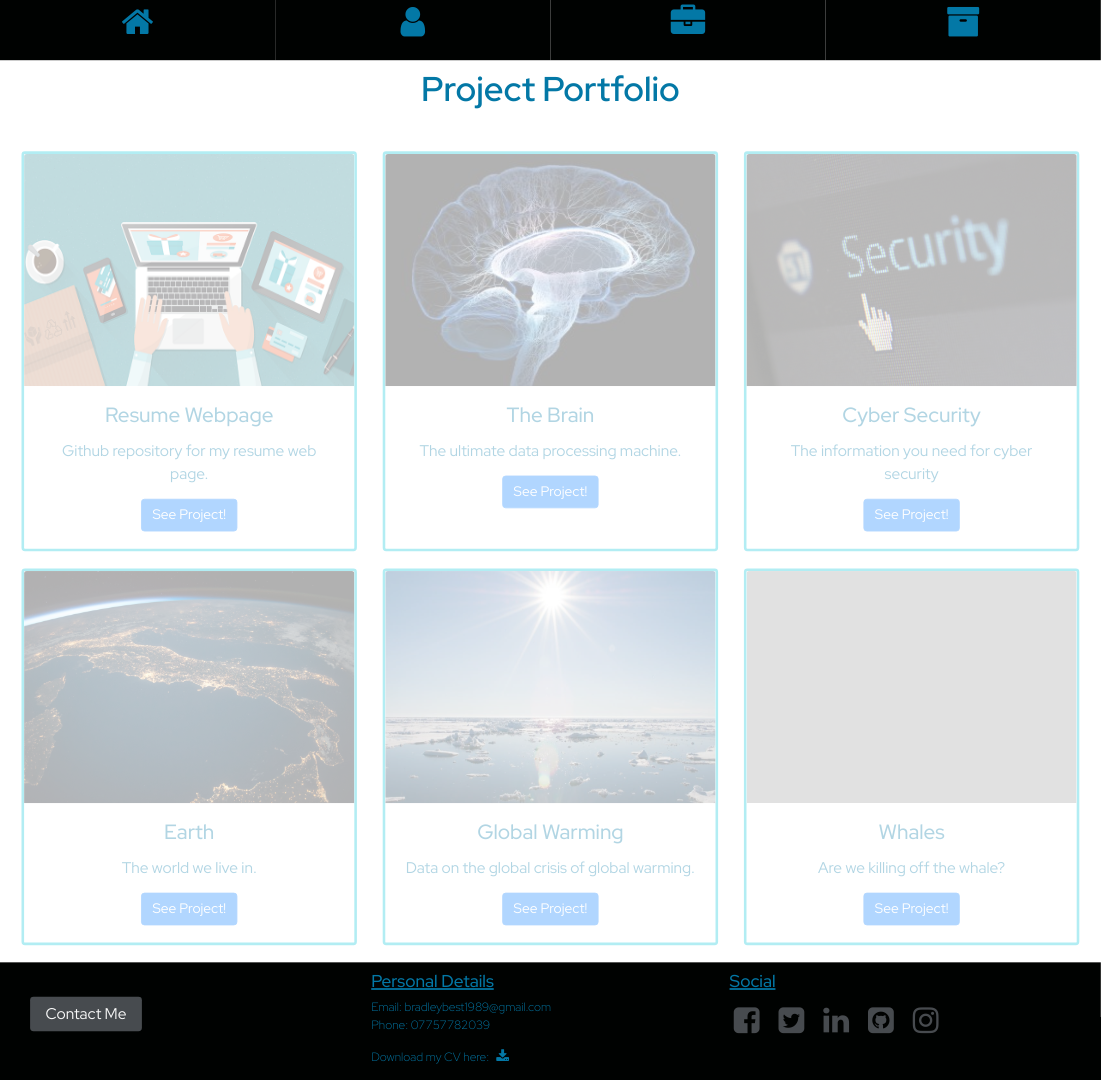
Repository: Brad000/Resume-project
Page: projects.html
The author's editor kept a record of every edit. The page is drawn from the files as they stood at one moment, then again after the next edit.
The browser window is 1280 px wide. The pictures show the whole page, at 86% of full size.
Pictures or frames that could not be fetched are drawn as grey boxes.

Above is the page before.

### projects.html
<!DOCTYPE html>
<html lang="en">

<head>
    <meta charset="UTF-8">
    <meta name="viewport" content="width=device-width, initial-scale=1.0">
    <meta http-equiv="X-UA-Compatible" content="ie=edge">
    <link rel="stylesheet" href="https://stackpath.bootstrapcdn.com/bootstrap/4.3.1/css/bootstrap.min.css" type="text/css" />
    <link rel="stylesheet" href="https://stackpath.bootstrapcdn.com/font-awesome/4.7.0/css/font-awesome.min.css" type="text/css" />
    <link rel="stylesheet" href="assets/css/style.css" type="text/css" />
    <link rel="stylesheet" href="https://cdnjs.cloudflare.com/ajax/libs/hover.css/2.3.1/css/hover-min.css" type="text/css" />
    <title>Bradley Best - Full Stack Web Developer</title>
</head>
<body>
    <!---------------------------NavBar------------------------------------>

    <header>
        <div class="row no-gutters">
            <div class="col-3 nav-item">
                <i class="fa fa-home"></i>
                <a id="nav-link" href="index.html">
                    <h5 id="nav-text">Home</h5>
                </a>
            </div>
            <div class="col-3 nav-item">
                <i class="fa fa-user"></i>
                <a id="nav-link" href="about-me.html">
                    <h5 id="nav-text">About Me</h5>
                </a>
            </div>
            <div class="col-3 nav-item">
                <i class="fa fa-briefcase"></i>
                <a id="nav-link" href="work-history.html">
                    <h5 id="nav-text">Work History</h5>
                </a>
            </div>
            <div class="col-3 nav-item">
                <i class="fa fa-archive"></i>
                <a id="nav-link" href="projects.html">
                    <h5 id="nav-text">Portfolio</h5>
                </a>
            </div>
        </div>
    </header>

    <!------------------------Project Portfolio------------------------------>

    <div class="row no-gutters">
        <div class="col-12 no-gutters">
            <h2 class="main-headings project-heading">Project Portfolio</h2>
        </div>
    </div>
    <div class="card-deck">
        <div class="card text-center">
            <img src="assets/images/online.png" class="card-img-top" alt="Resume Icon">
            <div class="card-body">
                <h5 class="card-title">Resume Webpage</h5>
                <p class="card-text">Github repository for my resume web page.</p>
                <a href="#" class="btn btn-primary">See Project!</a>
            </div>
        </div>
        <div class="card text-center">
            <img src="assets/images/brain.jpg" class="card-img-top" alt="The Human Brain">
            <div class="card-body">
                <h5 class="card-title">The Brain</h5>
                <p class="card-text">The ultimate data processing machine.</p>
                <a href="#" class="btn btn-primary">See Project!</a>
            </div>
        </div>
        <div class="card text-center">
            <img src="assets/images/cyber.jpg" class="card-img-top" alt="Cyber security logo">
            <div class="card-body">
                <h5 class="card-title">Cyber Security</h5>
                <p class="card-text">The information you need for cyber security</p>
                <a href="#" class="btn btn-primary">See Project!</a>
            </div>
        </div>
    </div>
    <div class="card-deck">
        <div class="card text-center">
            <img src="assets/images/earth.jpg" class="card-img-top" alt="Picture of Planet Earth">
            <div class="card-body">
                <h5 class="card-title">Earth</h5>
                <p class="card-text">The world we live in.</p>
                <a href="#" class="btn btn-primary">See Project!</a>
            </div>
        </div>
        <div class="card text-center">
            <img src="assets/images/global-warm.jpg" class="card-img-top" alt="Picture of the sun melting ice caps">
            <div class="card-body">
                <h5 class="card-title">Global Warming</h5>
                <p class="card-text">Data on the global crisis of global warming.</p>
                <a href="#" class="btn btn-primary">See Project!</a>
            </div>
        </div>
        <div class="card text-center">
            <img src="assets/images/whale.jpg" class="card-img-top" alt="Picture of a whales fin">
            <div class="card-body">
                <h5 class="card-title">Whales</h5>
                <p class="card-text">Are we killing off the whale?</p>
                <a href="#" class="btn btn-primary">See Project!</a>
            </div>
        </div>
    </div>

    <!---------------------------Footer------------------------------------>

    <footer class="container-fluid">
        <div class="row no-gutters" id="footer-details">
            <div class="col-sm-4">
                <button type="button" class="btn btn-secondary contact-button" data-toggle="modal" data-target="#exampleModal">Contact Me</button>
            </div>
            <div class="col-sm-4 footer-headings">
                <h5 class="sub-headings">Personal Details</h5>
                <div class="key">
                    <p class="personal-info-text">
                        Email: bradleybest1989@gmail.com
                    </p>
                </div>
                <div class="personal-info-text">
                    <p>
                        Phone: 07757782039
                    </p>
                </div>
                <div class="personal-info-text">
                    <p class="cv-text">Download my CV here:
                        <span><a href="assets/cv/CV.pdf" target="_blank" class="cv-pdf"></a>
                        <i class="fa fa-download cv-link" aria-hidden="true"></i>
                        </span>
                    </p>
                </div>
            </div>
            <div class="col-sm-4">
                <h5 class="footer-headings sub-headings">Social</h5>
                <ul class="list-inline">
                    <li class="list-inline-item social-links">
                        <a target="_blank" href="https://www.facebook.com/profile.php?id=100010751790168">
                            <i class="fa fa-facebook-square" aria-hidden="true"></i>
                            <span class="sr-only">Facebook</span>
                        </a>
                    </li>
                    <li class="list-inline-item social-links">
                        <a target="_blank" href="https://twitter.com/BradleyBest28">
                            <i class="fa fa-twitter-square" aria-hidden="true"></i>
                            <span class="sr-only">Twitter</span>
                        </a>
                    </li>
                    <li class="list-inline-item social-links">
                        <a target="_blank" href="https://www.linkedin.com/in/bradley-best-b56072188/">
                            <i class="fa fa-linkedin" aria-hidden="true"></i>
                            <span class="sr-only">Linkedin</span>
                        </a>
                    </li>
                    <li class="list-inline-item social-links">
                        <a target="_blank" href="https://github.com/Brad000/Resume-project">
                            <i class="fa fa-github-square" aria-hidden="true"></i>
                            <span class="sr-only">GitHub</span>
                        </a>
                    </li>
                    <li class="list-inline-item social-links">
                        <a target="_blank" href="https://www.instagram.com/brad_best0/?hl=en">
                            <i class="fa fa-instagram" aria-hidden="true"></i>
                            <span class="sr-only">Instagram</span>
                        </a>
                    </li>
                </ul>
            </div>
        </div>
    </footer>
</body>

</html>

### assets/css/style.css
@import url('https://fonts.googleapis.com/css?family=Red+Hat+Display:100,200,300,400,500,600,700');

/*-------------------Nav----------------------*/

.background {
  height: 100vh;
  width: 100%;
}

.nav-item {
  height: 70px;
  background-color: #000201;
  text-align: center;
  padding: 0;
}

.fa-home,
.fa-user,
.fa-archive,
.fa-briefcase {
  font-size: 25px;
  color: #0378A6;
  padding: 10px;
}

#nav-text {
  font-family: 'Red Hat Display', sans-serif;
  font-size: 12px;
  font-weight: 600;
  color: #0378A6;
  opacity: 1;
  cursor: pointer;
  text-decoration: none;
  transition: opacity 0.5s ease-in-out;
  -moz-transition: opacity 0.5s ease-in-out;
  -webkit-transition: opacity 0.5s ease-in-out;
  -o-transition: opacity 0.5s ease-in-out;
}

#nav-text:hover {
  opacity: 1;
}

#nav-link {
  text-decoration: none;
}

.landing-name {
  position: absolute;
  margin: 0;
  top: 40%;
  left: 50%;
  transform: translate(-50%, -50%);
  color: #fafafa;
  font-family: 'Red Hat Display', sans-serif;
  font-weight: 100;
  font-size: 26px;
}

.landing-text {
  position: absolute;
  top: 50%;
  left: 50%;
  transform: translate(-50%, -50%);
  color: #fafafa;
  font-family: 'Red Hat Display', sans-serif;
  font-weight: 400;
  font-size: 14px;
}


/*-------------------About Me-----------------*/

.about-me-container {
  background-color: #0378A6;
}

.about-me-text {
  padding-left: 15px;
  padding-right: 15px;
  font-family: 'Red Hat Display', sans-serif;
  color: #fafafa;
}

.main-headings {
  padding-top: 10px;
  padding-bottom: 25px;
  text-align: center;
  font-weight: 600;
  font-size: 40px;
}

.headings {
  padding-bottom: 10px;
  font-size: 25px;
  font-weight: 300;
}

.about-me-para {
  padding-bottom: 5px;
  font-size: 16px;
  line-height: 1.8em;
  font-weight: 100;
}

/*-------------------Skills-------------------*/

.skills-container {
  background-color: #fafafa
}

.skills-text {
  font-family: 'Red Hat Display', sans-serif;
  color: #0378a6;
  padding-left: 15px;
  padding-right: 15px;
}

.skills-heading {
  text-align: left;
  color: #0378a6;
  font-size: 25px;
  font-weight: 500;
  padding-top: 10px;
}

.fa-desktop,
.fa-cog,
.fa-book {
  padding-right: 10px;
  font-size: 28px;
}

.skills-para {
  padding-bottom: 30px;
  font-size: 16px;
  line-height: 1.8em;
  font-weight: 400;
}

@keyframes load {
  from {
    width: 0%
  }
}

@-webkit-keyframes load {
  from {
    width: 0%
  }
}

@-moz-keyframes load {
  from {
    width: 0%
  }
}

@-o-keyframes load {
  from {
    width: 0%
  }
}

.bar {
  background-color: #5f6366;
  padding: 0;
  border-radius: 5px;
  margin-bottom: 20px;
  font-size: 14px;
  color: #5f6366;
  font-weight: 300;
  font-family: 'Red Hat Display', sans-serif;
  text-shadow: 1px 1px 1px rgba(0, 0, 0, 0.5);
  margin-left: 20px;
  margin-right: 20px;
}

.bar::before {
  content: attr(data-skill);
  background-color: #04C4D9;
  display: inline-block;
  padding: 5px 0 5px 10px;
  border-radius: inherit;
  animation: load 2s 0s;
  -webkit-animation: load 2s 0s;
  -moz-animation: load 2s 0s;
  -o-animation: load 2s 0s;
}

.bar.front::before {
  background-color: #90ccf4;
}

.bar.back::before {
  background-color: #5da2d5;
}

.bar.learning::before {
  background-color: #f78888;
}

.bar.learning::before {
  width: calc(20% - 10px);
}

.bar.basic::before {
  width: calc(40% - 10px);
}

.bar.intermediate::before {
  width: calc(60% - 10px);
}

.bar.advanced::before {
  width: calc(70% - 10px);
}

.bar.expert::before {
  width: calc(90% - 10px);
}

/*---------------Work History------------------*/

.work-history-container {
  background-color: #fafafa
}

.work-headings {
  font-family: 'Red Hat Display', sans-serif;
  color: #0378a6;
  padding-left: 15px;
  padding-right: 15px;
}

.timeline-item {
  padding: 4em 2em 0em 2em;
  position: relative;
  color: #0378a6;
  border-left: 3px solid;
  margin-left: 30px;
  font-family: 'Red Hat Display', sans-serif;
}

.timeline-item p {
  padding: 0;
  margin: 0;
}

.timeline-item:before {
  content: attr(data-dates);
  position: absolute;
  left: 2.5em;
  top: 3em;
  display: block;
  font-family: 'Red Hat Display', sans-serif;
  font-weight: 500;
  font-size: 0.8em;
  padding: 0;
  margin: 0;
}

.timeline-item:after {
  width: 14px;
  height: 14px;
  display: block;
  top: 2.4em;
  position: absolute;
  left: -8px;
  border-radius: 12px;
  content: ' ';
  background: #0378a6;
}

.history-items {
  margin-bottom: 55px;
}

#work-link {
  color: #0378a6;
}

/*-------------------Why Web-------------------*/

.why-web-container {
  background-color: #0378A6;
}

.why-headings {
  padding-left: 15px;
  padding-right: 15px;
  padding-bottom: 65px;
  font-family: 'Red Hat Display', sans-serif;
  color: #fafafa;
}

.why-para {
  font-family: 'Red Hat Display', sans-serif;
  padding-left: 20px;
  padding-right: 20px;
  padding-bottom: 5px;
  font-size: 18px;
  line-height: 1.9em;
  font-weight: 100;
  color: #fafafa;
}

.quote {
  font-family: 'Red Hat Display', sans-serif;
  font-size: 18px;
  line-height: 1.8em;
  font-weight: 600;
  color: #fafafa;
  padding-bottom: 5px;
  padding-top: 70px;
  padding-left: 20px;
  padding-right: 20px;
}

/*---------------Project Portfolio------------*/

.project-heading {
  font-family: 'Red Hat Display', sans-serif;
  color: #0378A6;
  padding-bottom: 40px;
}

.card-deck {
  margin: 0;
  padding-bottom: 20px;
  padding-left: 10px;
  padding-right: 10px;
  font-family: 'Red Hat Display', sans-serif;
  color: #0378a6;
}

.card-title {
  font-size: 24px;
  font-weight: 500;
}

.card-text {
  font-size: 18px;
  font-weight: 400;
}

.card-img-top {
  max-height: 190px;
}

.project-bg {
  background-color: #000201;
}

.card {
  background-color: transparent;
  border: 3px solid #04c4d9;
  opacity: 0.9;
   transition: opacity 0.5s ease-in-out;
  -moz-transition: opacity 0.5s ease-in-out;
  -webkit-transition: opacity 0.5s ease-in-out;
  -o-transition: opacity 0.5s ease-in-out;
}

.card-button {
  background-color: #000201;
  color: #04c4d9;
  font-weight: 500;
  border: 2px solid #04c4d9;
}

.card-button:hover {
  background-color: #04c4d9;
  color: #000201;
  border: 2px solid #000201;
}

.card:hover {
  opacity: 1;
}

/*-------------------Contact Me-------------------*/

.contact-heading {
  font-family: 'Red Hat Display', sans-serif;
  text-align: center;
  font-weight: 600;
  color: #04c4d9;
  background-color: #000201;
  padding-top: 20px;
  padding-bottom: 20px;

}





/*-------------------Footer-------------------*/

footer {
  background-color: #000201;
  color: #0378A6;
  min-height: 120px;
  margin: 0;
  font-size: 18px;
  font-family: 'Red Hat Display', sans-serif;
  font-weight: 300;

}

.sub-headings {
  padding-top: 10px;
  text-decoration: underline;
}

.contact-button {
  width: 130px;
  border: 0;
  height: 40px;
  margin-left: 0;
  margin-top: 10px;
  margin-bottom: 10px;
  text-align: center;
  font-size: 18px;
  color: #fafafa;
  background: #474b4f;
  transition: background 0.5s ease-in-out;
  -moz-transition: background 0.5s ease-in-out;
  -webkit-transition: background 0.5s ease-in-out;
  -o-transition: background 0.5s ease-in-out;
}

.contact-button:hover {
  background-color: #04C4D9;
}

.personal-info-text {
  margin: 0;
  font-size: 14px;
  font-weight: 200;
}

.cv-link {
  margin-left: 5px;
  font-size: 16px;
  color: #0378A6;
  transition: color 0.5s ease-in-out;
  -moz-transition: color 0.5s ease-in-out;
  -webkit-transition: color 0.5s ease-in-out;
  -o-transition: color 0.5s ease-in-out;
}

.cv-link:hover {
  color: #025E73;
  cursor: pointer;
}

.social-links a {
  color: #474b4f;
  font-size: 35px;
  padding: 5px;
  transition: color 0.5s ease-in-out;
  -moz-transition: color 0.5s ease-in-out;
  -webkit-transition: color 0.5s ease-in-out;
  -o-transition: color 0.5s ease-in-out;
}

.social-links a:hover {
  color: #04C4D9;
}

/*----------------Media Queries---------------*/

@media(min-width: 575px) {
  .contact-button {
    margin-top: 40px;
    margin-left: 20px;
  }
}

@media(min-width: 575px) {
  .fa-home,
  .fa-user,
  .fa-archive,
  .fa-briefcase {
    font-size: 40px;
    padding: 5px;
  }
}

@media(min-width: 575px) {
  #nav-text {
    opacity: 0;
    font-size: 14px;
  }
}

@media(min-width: 374px) {
  .landing-name {
    font-size: 33px;
  }
  .landing-text {
    font-size: 16px;
  }
}

@media(min-width: 767px) {
  .landing-name {
    font-size: 60px;
    padding-bottom: 15px;
  }
  .landing-text {
    font-size: 30px;
  }
}

@media(min-width: 1024px) {
  .landing-name {
    font-size: 80px;
  }
  .landing-text {
    font-size: 40px;
  }
}

@media(min-width: 1024px) {
  .card-img-top {
    min-height: 270px;
  }
}

@media(min-width: 1025px) {
  .card {
    opacity: 0.3;
  }
}

After the next edit:
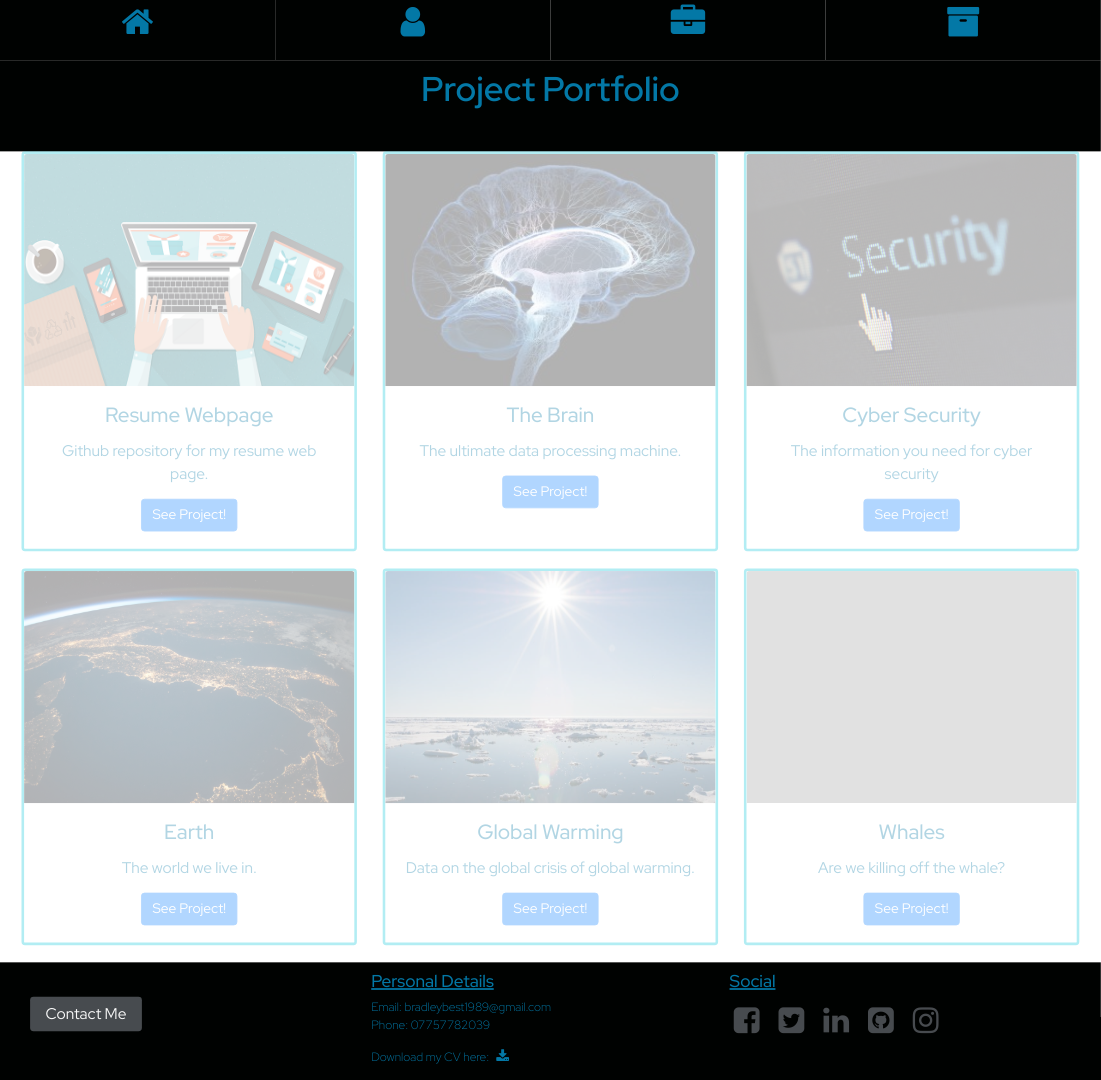
The edit:
--- a/projects.html
+++ b/projects.html
@@ -45,7 +45,7 @@
 
     <!------------------------Project Portfolio------------------------------>
 
-    <div class="row no-gutters">
+    <div class="row no-gutters project-bg">
         <div class="col-12 no-gutters">
             <h2 class="main-headings project-heading">Project Portfolio</h2>
         </div>
